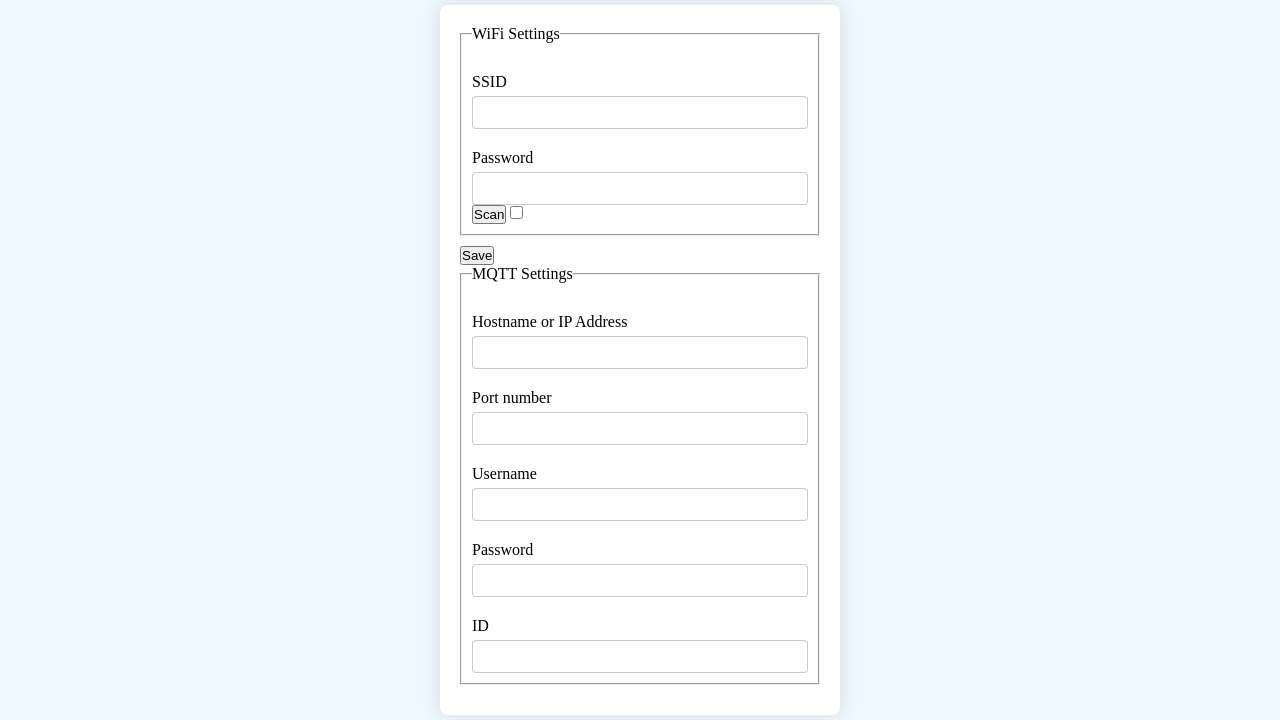
Repository: alex-dow/psikon-weather-station
Page: / (app in webapp/)
An editor plug-in stored every save of this project. The page is shown before and after a run of saves, followed by the edit.
The browser window is 1280 px wide. The pictures show the whole page.
The page's requests for data from a server got no answer. The project was rebuilt for these pictures with package versions that can differ from the ones it lists, and the page was loaded fresh each time. No one was signed in, and anything a server would have sent is missing. Also part of the build but not shown: webapp/src/Loader.svelte.

Above is the page before, as saved 2021-12-10 18:18:10.

### webapp/public/index.html
<!DOCTYPE html>
<html lang="en">
<head>
	<meta charset='utf-8'>
	<meta name='viewport' content='width=device-width,initial-scale=1'>

	<title>Psikon Weather Station</title>
  <link rel="stylesheet" href="/global.css">
	<link rel='stylesheet' href='/bundle.css'>

	<script defer src='/bundle.js'></script>
</head>

<body>
</body>
</html>

### webapp/src/main.js
import App from './App.svelte';

const app = new App({
	target: document.body,
});




export default app;

### webapp/src/App.svelte
<script>
import MqttForm from "./MqttForm.svelte";
import WiFiForm from "./WiFiForm.svelte";
</script>


<section>
  <div class="container">
    <form>

      <WiFiForm/>
      <MqttForm/>
    </form>
  </div>
</section>



<style>
 section {
  min-height: 100vh;
  width: 100%;
  display: flex;
  align-items: center;
  justify-content: center;
  background-color: aliceblue;
 }
 .container {
  max-width: 400px;
  width: 90%;
  padding: 20px;
  box-shadow: 0px 0px 20px #00000020;
  border-radius: 8px;
  background-color: white;
 }
</style>

### webapp/src/MqttForm.svelte
<fieldset>
  <legend>MQTT Settings</legend>
  <div class="form-group">
    <label for="mqtt_host">Hostname or IP Address</label>
    <input id="mqtt_host"/>
  </div>
  <div class="form-group">
    <label for="mqtt_port">Port number</label>
    <input id="mqtt_port" type="number" min="0" max="65536"/>
  </div>
  <div class="form-group">
    <label for="mqtt_username">Username</label>
    <input id="mqtt_username"/>
  </div>
  <div class="form-group">
    <label id="mqtt_password">Password</label>
    <input id="mqtt_password"/>
  </div>
  <div class="form-group">
    <label for="mqtt_id">ID</label>
    <input id="mqtt_id" /><br/>
  </div>
</fieldset>

### webapp/src/WiFiForm.svelte
<script>
import WiFiList from './WiFiList.svelte';
import WiFiModal from './WifiModal.svelte';
import { loading_networks, networks, wifi_ssid, wifi_password } from './store.js';
import { saveWifiSettings, getWifiSettings } from './api';
import { onMount } from 'svelte';

let showWiFiModal = false;
let loading = false;

async function onSubmit(e) {
  e.preventDefault();
  saveWifiSettings($wifi_ssid, $wifi_password);
}

async function onScanClick() {
  showWiFiModal = true;
}

function onModalClosed() {
  showWiFiModal = false;
}

onMount(async () => {
  loading = true;
  const data = await getWifiSettings();
  wifi_ssid.set(data);
  loading = false;
});

</script>
<WiFiModal open={showWiFiModal} on:closed={onModalClosed}></WiFiModal>
<form id="wifi-form" on:submit={onSubmit}>
<fieldset>
  <legend>WiFi Settings</legend>
  <div class="form-group">
    <label for="wifi_ssid">SSID</label>
    <input id="wifi_ssid" bind:value={$wifi_ssid}/>
  </div>
  <div class="form-group">
    <label for="wifi_password">Password</label>
    <input id="wifi_password" bind:value={$wifi_password}/>
  </div>
  <button id="scan_wifi" on:click={onScanClick} type="button">Scan</button>
  <input type="checkbox" id="wifi_include_hidden">
</fieldset>
<button type="submit">Save</button>
</form>

### webapp/src/WiFiList.svelte
<script>
import { onDestroy, createEventDispatcher } from 'svelte';
import { loading_networks, networks, wifi_password, wifi_ssid } from './store.js';
import Loader from './Loader.svelte';

const dispatch = createEventDispatcher();

let isLoading = false;
let networksList = [];
const unsub_loading = loading_networks.subscribe(value => {
  console.log('loading changed');
  isLoading = value
});
const unsub_networks = networks.subscribe(value => networksList = value);

onDestroy(() => {
  unsub_loading();
  unsub_networks();
});

function selectNetwork(network) {
  console.log('I selected a network:', network);
  dispatch('network', network);
}

</script>

{#if !isLoading}
  {#if networksList.length == 0}
    <p>No wifi networks available.</p>
  {:else}
    <ul class="wifi-networks-list">
      {#each $networks as network}
      <li on:click={() => selectNetwork(network)}>{ network.ssid }</li>
      {/each}
    </ul>
  {/if}
{:else}
<Loader/>
<p>Loading networks ...</p>
{/if}

<style>

.wifi-networks-list {
  margin: 0;
  padding: 0;
  list-style: none;
}

.wifi-networks-list li {
  margin: 0;
  padding: 10px;
  border-bottom: 1px solid #333;
}

.wifi-networks-list li:hover {
  background-color: #eee;
}

.wifi-networks-list li:active {
  background-color: blue;
}

</style>

### webapp/src/WifiModal.svelte
<script>
  export let open = false;
import Modal from "./Modal.svelte";
import { createEventDispatcher } from 'svelte';
import WiFiList from "./WiFiList.svelte";
import { loading_networks, networks, wifi_ssid} from './store.js';
import { getAvailableWifiNetworks } from './api.js';

const dispatch = createEventDispatcher();

let showHiddenNetworks = false;

async function loadWifiNetworks() {
  loading_networks.set(true);
  let data = await getAvailableWifiNetworks();
  data = data.filter((d) => (showHiddenNetworks) ? true : d.ssid != '');

  networks.set(data);
  loading_networks.set(false);
}

function onShown() {
  dispatch('shown');
  loadWifiNetworks();
}

function networkSelected($e) {
  wifi_ssid.set($e.detail.ssid);
  dispatch('closed');
}
</script>

<Modal id="wifi-modal" on:closed={() => dispatch('closed')} on:shown={onShown} open={open} title="WiFi Networks">

  <WiFiList on:network={networkSelected}/>

</Modal>

### webapp/src/store.js
import { writable } from 'svelte/store';

export const networks = writable([]);
export const loading_networks = writable(false);

export const wifi_ssid = writable('');
export const wifi_password = writable('');

### webapp/src/api.js
export const url = 'http://192.168.1.230';

async function sleep(amt) {
  return new Promise((resolve) => {
    setTimeout(() => resolve(), amt);
  });
}

export async function startWifiScan() {
  const respone = await fetch(url + '/available-networks');


}
export async function getAvailableWifiNetworks() {
  let data = null;
  while (true) {
    try {
      const response = await fetch(url + '/available-networks');
      if (response.status == 202 || response.status == 204) {
        await sleep(5000);
      } else {
        data = await response.json();
        break;
      }
    } catch (err) {
      throw err;
    }
  }
  return data;
}

export async function getWifiSettings() {
  const response = await fetch(url + '/wifi-settings');

  const data = await response.json();
  return data;
}

export async function saveWifiSettings(ssid, pw) {
  const formData = new URLSearchParams({
    'wifi_ssid': ssid,
    'wifi_password': pw
  });

  const response = await fetch(url + '/wifi-settings', {
    method: 'POST',
    body: formData,
    headers: {
      'Content-Type': 'application/x-www-form-urlencoded;charset=UTF-8'
    }
  });
}

### webapp/src/Modal.svelte
<script>
import { onMount, createEventDispatcher, afterUpdate } from "svelte";

export let title = '';
export let open = false;
export let id = '';

const dispatch = createEventDispatcher();

function hideModal() {
  const el = document.getElementById(id);
  if (!el) {
    console.warn('Modal for id ' + id + ' does not exist');
  } else {
    el.style.display = 'none';
  }
  dispatch('closed', {});
}

function showModal() {
  const el = document.getElementById(id);
  if (!el) {
    console.warn('Modal for id ' + id + ' does not exist');
  } else {
    el.style.display = 'block';
  }
  dispatch('shown', {});
}

function closeButton() {
  open = false;
}


afterUpdate(() => {
  (open) ? showModal() : hideModal();
});

</script>
<div class="modal" id={id}>
  <div class="modal-body">
    <div class="modal-header">
      <slot name="modal-header">
        <h1>{title}</h1>
      </slot>
    </div>
    <div class="modal-content">
      <slot></slot>
    </div>
    <div class="modal-footer">
      <slot name="modal-footer">
        <button type="button" id={id + '-close-button'} on:click={closeButton}>Close</button>
      </slot>
    </div>
  </div>

</div>

<style>

.modal {
  display: none; /* Hidden by default */
  position: fixed; /* Stay in place */
  z-index: 1; /* Sit on top */
  left: 0;
  top: 0;
  width: 100%; /* Full width */
  height: 100%; /* Full height */
  overflow: auto; /* Enable scroll if needed */
  background-color: rgb(0,0,0); /* Fallback color */
  background-color: rgba(0,0,0,0.4); /* Black w/ opacity */
}

/* Modal Content/Box */
.modal-body {
  background-color: #fefefe;
  margin: 15% auto; /* 15% from the top and centered */
  padding: 20px;
  border: 1px solid #888;
  width: 80%; /* Could be more or less, depending on screen size */
}

.modal-close-button {
  color: #aaaaaa;
  float: right;
  font-size: 28px;
  font-weight: bold;
}

.modal-header {
  text-align: center;
}

.modal-footer {
  text-align: center;
}

.modal-content {
  clear: both;
  text-align: center;
}


</style>

### webapp/public/global.css
* {
  padding: 0;
  margin: 0;
  box-sizing: border-box;
 }
 body {
  font-family: "Montserrat";
 }

 fieldset {
  padding: 10px;
  margin-bottom: 10px;
}


 .form-group {
  width: 100%;
  margin-top: 20px;
 }
 .form-group input {
  width: 100%;
  border: 1.5px solid rgba(128, 128, 128, 0.418);
  padding: 5px;
  font-size: 18px;
  margin-top: 5px;
  border-radius: 4px;
 }

After the next 4 saves:
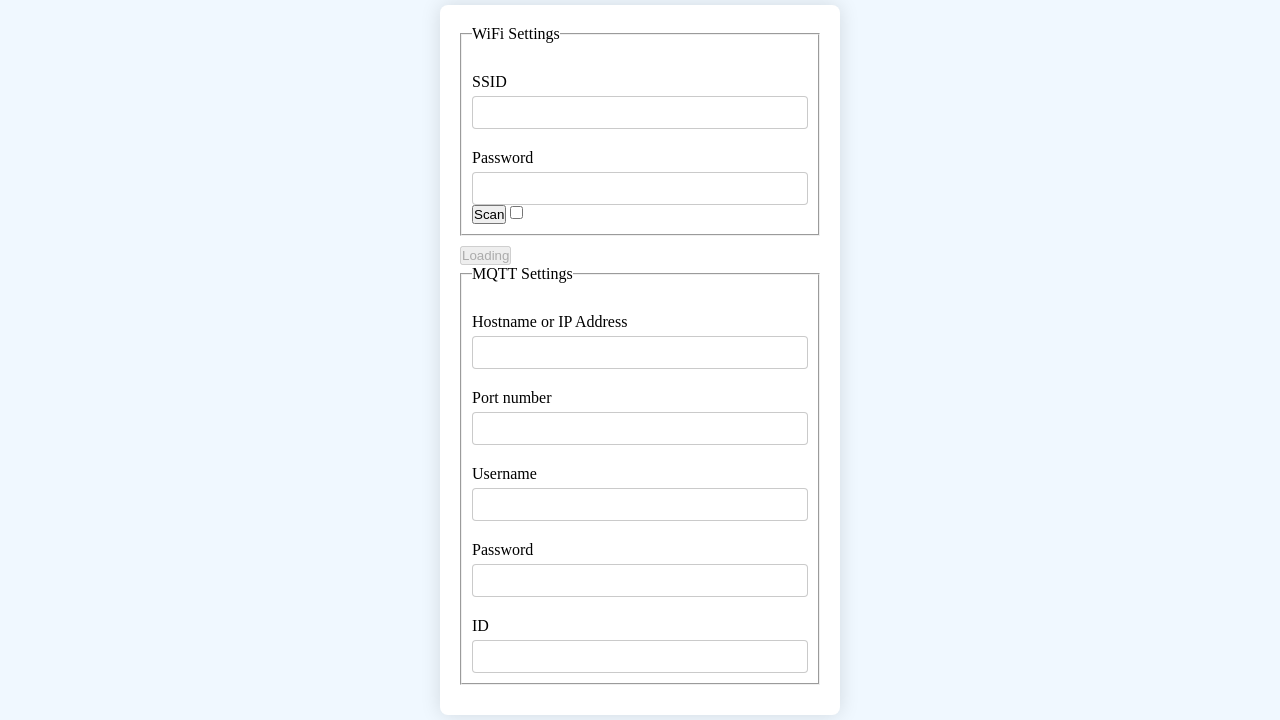
The 4 saves are shown as one change because 2 did not build or start and some came seconds apart.
The last was saved 102 s later.
--- a/webapp/src/WiFiForm.svelte
+++ b/webapp/src/WiFiForm.svelte
@@ -44,5 +44,5 @@ onMount(async () => {
   <button id="scan_wifi" on:click={onScanClick} type="button">Scan</button>
   <input type="checkbox" id="wifi_include_hidden">
 </fieldset>
-<button type="submit">Save</button>
+<button type="submit" disabled={loading}>{(loading) ? 'Loading' : 'Save'}</button>
 </form>
